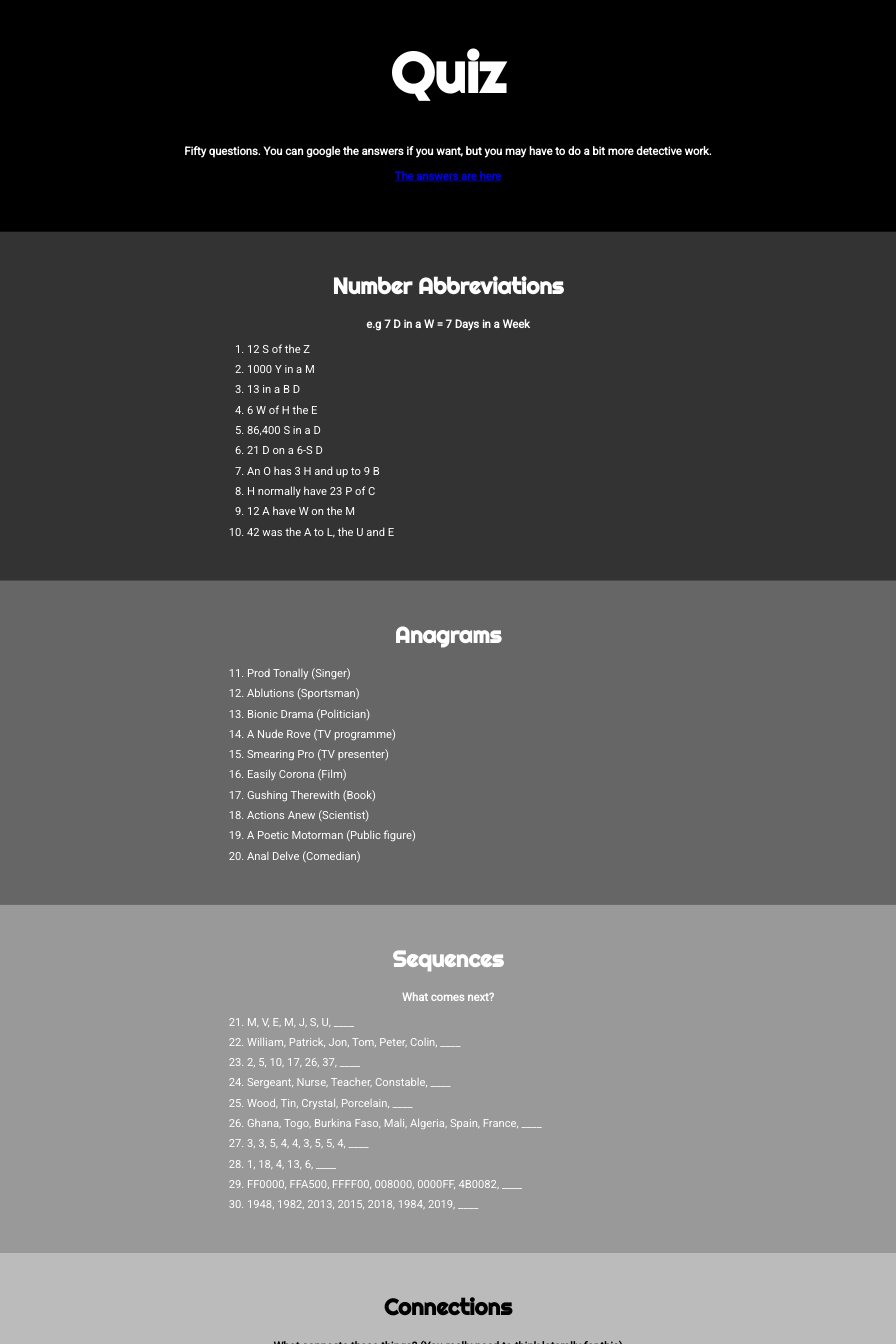
Repository: Domehead123/quiz
Page: index.html
The author's editor kept a record of every edit. The page is drawn from the files as they stood at one moment, then again after the next edit.
The browser window is 1280 px wide. The pictures show the part of the page from y = 0 to 1920 px (the page is 4609 px tall before and 4618 px after), at 70% of full size.

Above is the page before.

After the next edit:
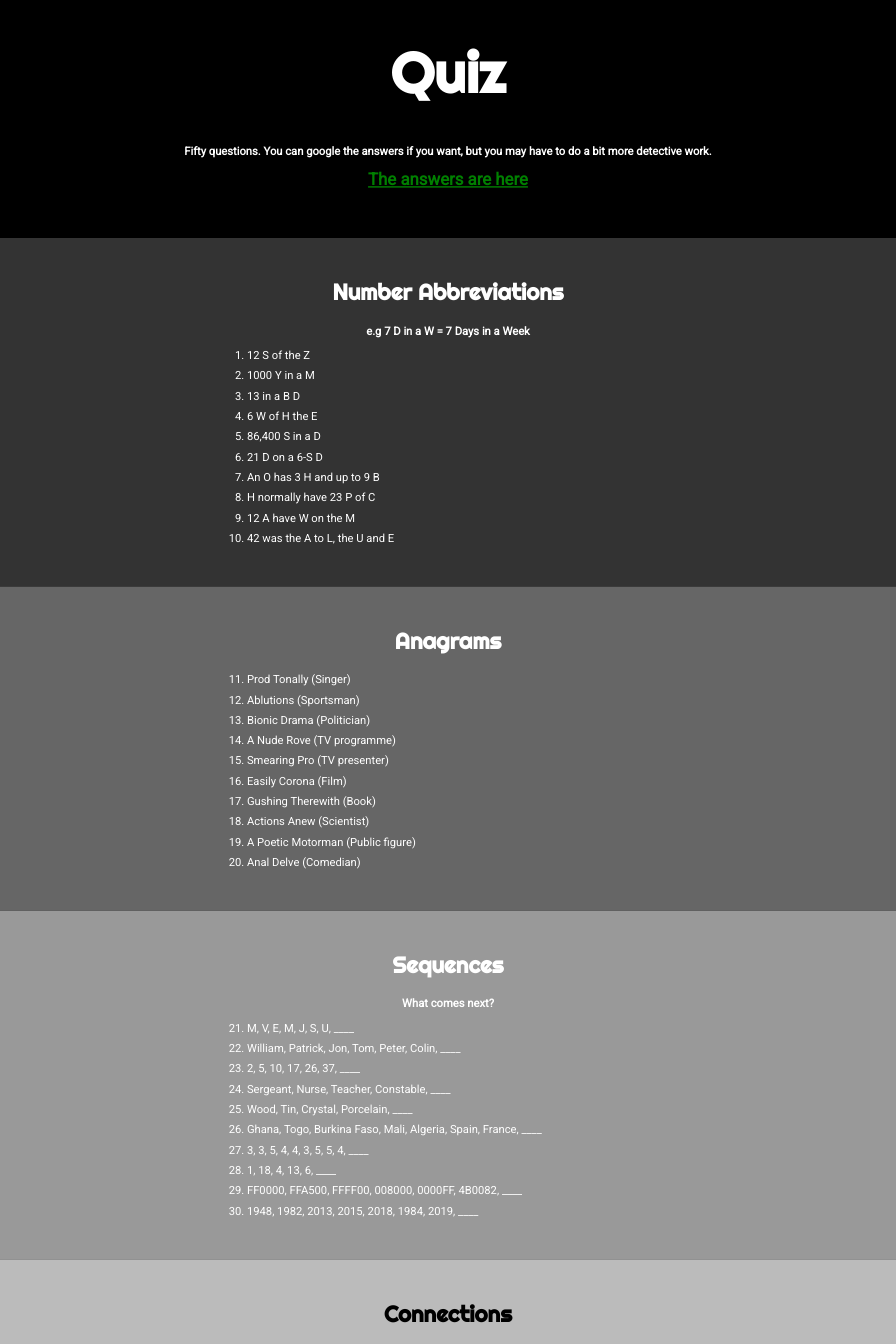
The edit:
--- a/style.css
+++ b/style.css
@@ -74,14 +74,17 @@
     max-width: 100%;
 }
 
-.one span, .two span {
-    color: #00ffff;
+span {
     font-weight: bold;
 }
 
-.three span, .four span, .five span {
-    color: red;
+.three span {
+    color: #000;
+}
 
+.answers {
+    color: green;
+    font-size: 1.5em;
 }
 
 @media only screen and (max-width: 764px) {
